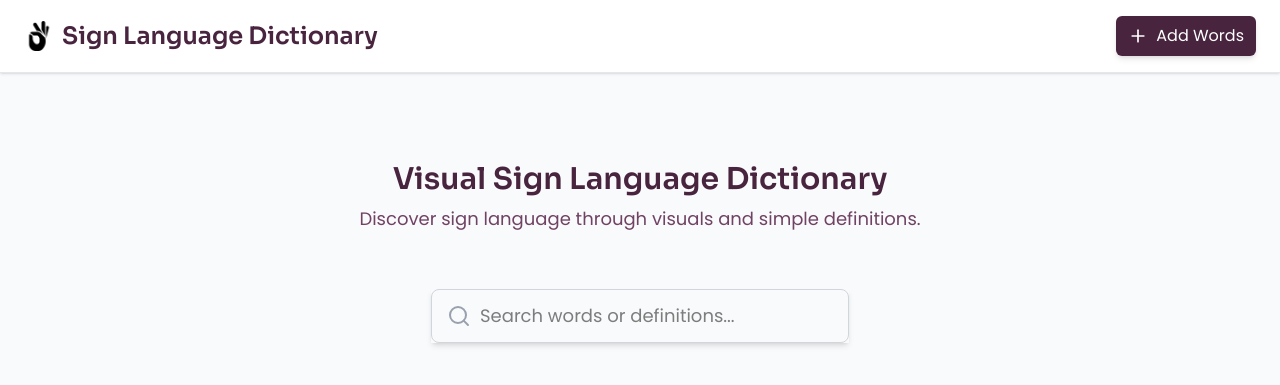
Repository: jabir12-12/sign-setu
Page: /
These files come from the project's save history. The page is drawn as it stood at one moment and after the next save; the edit follows.
The browser window is 1280 px wide. The pictures show the whole page.
The project was rebuilt for these pictures with package versions that can differ from the ones it lists, and the page was loaded fresh each time. The framework's server and built-in components were replaced by stand-ins that run in the browser. Also part of the build but not shown: next.config.ts.

Above is the page before, as saved 2025-05-27 16:46:58.

### app/page.tsx
'use client';
import React, { useState } from 'react';
import { Plus, Search } from 'lucide-react';
import Dialog from '@mui/material/Dialog';
import DialogActions from '@mui/material/DialogActions';
import DialogContent from '@mui/material/DialogContent';
import DialogTitle from '@mui/material/DialogTitle';
import Button from '@mui/material/Button';
import Image from 'next/image';
import { IconButton, Typography } from '@mui/material';

export default function StockDashboard() {
  const [isopen, setIsOpen] = useState(false);
  return (
    <div className="bg-gray-50 min-h-screen flex flex-col">
      {/* Header */}
      <header className="sticky top-0 z-10 flex flex-wrap justify-between items-center px-4 md:px-6 py-3 md:py-4 bg-white border-b border-gray-200 shadow-sm">
        {/* Left: Logo & Title */}
        <div className="flex items-center space-x-2 mb-2 md:mb-0 justify-center">
          <Image
            src="/images/ok.png"
            alt="Logo icon"
            width={30}
            height={30}
          />
          <h1 className="text-[#49243E] font-semibold text-lg md:text-2xl whitespace-nowrap">
            Sign Language Dictionary
          </h1>
        </div>

        {/* Right: Add Button */}
        <div className="flex items-center gap-2">
          <button className="bg-[#49243E] text-white px-3 py-2 rounded-full md:rounded-md flex items-center justify-center hover:bg-[#704264] transition-colors duration-200 shadow-md hover:shadow-md"
            onClick={() => setIsOpen(true)}>
            <Plus className="w-5 h-5" />
            <span className="hidden md:inline ml-2">Add Words</span>
          </button>
        </div>
      </header>

      {/* Centered Search Bar */}
      <div className='flex flex-col items-center justify-center gap-6  px-4 md:px-6 py-10 mt-6'>
        <div className="text-center mt-6 px-4">
          <h2 className="text-2xl md:text-3xl font-semibold text-[#49243E]">
            Visual Sign Language Dictionary
          </h2>
          <p className="text-md md:text-lg text-[#704264] mt-2">
            Discover sign language through visuals and simple definitions.
          </p>
        </div>

        <div className="flex justify-center mt-8 px-4">
          <div className="relative w-full max-w-lg shadow-md">
            <span className="absolute inset-y-0 left-0 pl-4 flex items-center text-gray-400">
              <Search className="w-6 h-6" /> {/* Bigger icon */}
            </span>
            <input
              type="text"
              placeholder="Search words or definitions..."
              className="w-full pl-12 pr-5 py-3 text-lg border border-gray-300 rounded-lg focus:outline-none focus:ring-2 focus:ring-[#BB8493] focus:border-[#BB8493] hover:border-gray-400 transition-all duration-200"
            />
          </div>
        </div>

      </div>
      {/* Add Words */}
      <Dialog open={isopen} onClose={() => setIsOpen(false)} maxWidth="xs" fullWidth>
        <DialogTitle
          sx={{
            display: 'flex',
            justifyContent: 'space-between',
            alignItems: 'center',
            padding: '1rem 1.5rem',
            color: '#1D2939',
            fontWeight: 'bold',
            fontSize: '1.125rem'
          }}
        >
          <span className="text-black text-md">Add Word</span>
          <IconButton
            onClick={() => setIsOpen(false)}
            sx={{ width: 32, height: 32 }}
          >
            <Image src="/images/cancel-01.svg" alt="Cancel" width={20} height={20} />
          </IconButton>
        </DialogTitle>
        <DialogContent sx={{ padding: '0 1.5rem 1.5rem' }}>
          <div className="space-y-4">
            <div>
              <label className="block text-sm font-medium text-gray-700">Word</label>
              <input
                type="text"
                placeholder="Enter word"
                className="mt-1 block w-full border border-gray-300 rounded-md px-3 py-2 text-sm outline-none focus:ring-[#49243E] focus:border-[#49243E] hover:border-[#49243E] transition duration-200"
              />
            </div>

            <div>
              <label className="block text-sm font-medium text-gray-700">Definition</label>
              <textarea
                placeholder="Enter definition"
                rows={3}
                className="mt-1 block w-full border border-gray-300 rounded-md px-3 py-2 text-sm outline-none focus:ring-[#49243E] focus:border-[#49243E] hover:border-[#49243E] transition duration-200"
              />
            </div>

            <div>
              <label className="block text-sm font-medium text-gray-700">Link URL</label>
              <input
                type="url"
                placeholder="Enter external link (optional)"
                className="mt-1 block w-full border border-gray-300 rounded-md px-3 py-2 text-sm outline-none focus:ring-[#49243E] focus:border-[#49243E] hover:border-[#49243E] transition duration-200"
              />
            </div>

            <div>
              <label className="block text-sm font-medium text-gray-700">Image URL</label>
              <input
                type="url"
                placeholder="Enter image URL"
                className="mt-1 block w-full border border-gray-300 rounded-md px-3 py-2 text-sm outline-none focus:ring-[#49243E] focus:border-[#49243E] hover:border-[#49243E] transition duration-200"
              />
            </div>
          </div>
        </DialogContent>


        <DialogActions
          sx={{
            padding: '1rem 1.5rem',
            borderTop: '1px solid #D0D5DD',
            display: 'flex',
            justifyContent: 'flex-end',
            gap: 1.5
          }}
        >
          <Button
            onClick={() => setIsOpen(false)}
            variant="outlined"
            sx={{
              padding: '0.625rem 1.5rem',
              fontWeight: 600,
              borderRadius: '8px',
              fontSize: '0.875rem',
              borderColor: '#D0D5DD',
              color: '#344054',
              textTransform: 'none',
              '&:hover': {
                backgroundColor: '#F2F4F7',
                borderColor: '#D0D5DD'
              }
            }}
          >
            Cancel
          </Button>
          <Button
            onClick={() => {
              () => setIsOpen(false)
            }}
            variant="contained"
            sx={{
              padding: '0.625rem 1.5rem',
              fontWeight: 600,
              fontSize: '0.875rem',
              borderRadius: '8px',
              backgroundColor: '#49243E',
              textTransform: 'none',
              boxShadow: 'inset 0 1px 1px rgba(0,0,0,0.05)',
              '&:hover': {
                backgroundColor: '#704264'
              }
            }}
          >
            Add Words
          </Button>
        </DialogActions>
      </Dialog>

    </div>
  );
}

### app/globals.css
@import url('https://fonts.googleapis.com/css2?family=Poppins:wght@400;500;600&family=Inter:wght@400;500;600&family=Sora:wght@400;500;600;700;800&display=swap');
@import url('https://fonts.googleapis.com/css2?family=Inter:wght@400;700&display=swap');

@import "tailwindcss";

body {
  background-color: #f7f8fb;
  margin: 0;
  padding: 0;
  font-family: 'Poppins', sans-serif;
  justify-content: center;
  align-items: center;
  height: 100vh;
}

.video-js .vjs-playback-rate {
  font-size: 10px;
  transform: translateY(12px);
  /* Moves the button down by 10px */

}

.heading .head {
  font-family: 'Sora', sans-serif;
  font-size: 24px;
  /* Example size */
  font-weight: 700;
}

/* Example for other headings if needed */
h1,
h2,
h3,
h4,
h5,
h6 {
  font-family: 'Sora', sans-serif;
}

h3 {
  font-size: 18px;
  font-weight: 600;
}

/* Ensure that other text elements use Poppins */
p,
span,
div {
  font-family: 'Poppins', sans-serif;
}

.button {
  outline: none;
}

/* Custom scrollbar styles */

::-webkit-scrollbar {
  width: 7px;
  height: 7px;
}

::-webkit-scrollbar-thumb {
  background-color: rgba(234, 236, 240, 1);
  ;

  border-radius: 100px;
}

::-webkit-scrollbar-track {
  background: "white";

}

/* THIS IS FOR TEXT-EDITOR IN DISSCUSSION TAB --------------------------*/
.custom-quill .ql-container {
  border: none !important;
  /* Remove the border from the container */
}

.custom-quill .ql-editor {
  border: none !important;
  /* Ensure no border around the editor */
}

.custom-quill:focus {
  outline: none;
  /* Remove outline on focus */
}

.custom-quill .ql-editor {
  font-size: 16px;
  /* Set text size to 16px */
  font-family: 'Poppins', sans-serif;
  font-style: normal;
  /* Use the Poppins font */

}

.custom-quill .ql-editor:empty::before {

  /* Show placeholder */
  color: #667085;
  /* Placeholder color */
  font-family: 'Poppins', sans-serif;
  font-style: normal;
  /* Poppins font for placeholder */
  font-size: 16px;
  /* Placeholder size */
  position: absolute;
  /* Position it absolutely */
  left: 10px;
  /* Adjust according to your padding */
  top: 10px;
  /* Adjust according to your padding */
  pointer-events: none;
  /* Prevent interaction */
}

.custom-quill .ql-editor:focus::before {
  display: none;
  /* Hide placeholder on focus */
}

/* -------------------------------------------------- */
/* FOR TOOLTIP FOR TEST PAGE ONLY ->learn Tab */


.tooltipText {
  position: absolute;
  color: white;
  bottom: 125%;
  /* Position above the button */
  left: 50%;
  /* Center horizontally */
  transform: translateX(-50%);
  /* Adjust to center the tooltip */

  z-index: 3;
  background-color: #131313;
  box-shadow: 0 5px 10px rgba(0, 0, 0, 0.3);
  padding: 6px 14px;
  /* Padding inside the tooltip */
  width: 204px;
  /* Fixed width */
  height: auto;
  /* Hug content (height grows with content) */
  min-height: 78px;
  /* Minimum height */
  font-size: 15px;
  font-weight: 400;
  border-radius: 5px;
  white-space: normal;
  /* Allow text wrapping for longer content */
  opacity: 0;
  pointer-events: none;
  transition: all 0.4s ease;
}

.tooltip:hover .tooltipText {
  opacity: 1;
  pointer-events: auto;
  transform: translate(-50%, -10px);
  /* Move tooltip slightly up on hover */
}

.drawer-overlay {
  background-color: transparent !important;
  /* Makes the overlay transparent */
}

/* magic.module.css */
.customCheckbox input[type="checkbox"]:checked {
  background-color: #9012FF;
  border-color: #9012FF;
}

/* Add this to your global CSS file */
.ql-container .ql-editor img {
  cursor: pointer;
}

.image-resizer {
  border: 1px dashed #999;
  position: absolute;
}

.image-resizer .resize-handle {
  background-color: #fff;
  border: 1px solid #999;
  height: 8px;
  width: 8px;
  position: absolute;
}

.image-resizer .resize-handle.se {
  bottom: -5px;
  right: -5px;
  cursor: se-resize;
}

.image-resizer .resize-handle.sw {
  bottom: -5px;
  left: -5px;
  cursor: sw-resize;
}

.image-resizer .resize-handle.ne {
  top: -5px;
  right: -5px;
  cursor: ne-resize;
}

.image-resizer .resize-handle.nw {
  top: -5px;
  left: -5px;
  cursor: nw-resize;
}


@layer base {
  :root {
    --radius: 0.5rem;
    --chart-1: 12 76% 61%;
    --chart-2: 173 58% 39%;
    --chart-3: 197 37% 24%;
    --chart-4: 43 74% 66%;
    --chart-5: 27 87% 67%;
  }

  .dark {
    --chart-1: 220 70% 50%;
    --chart-2: 160 60% 45%;
    --chart-3: 30 80% 55%;
    --chart-4: 280 65% 60%;
    --chart-5: 340 75% 55%;
  }
}

Loaded but not shown: app/layout.tsx (common file)

After the next save:
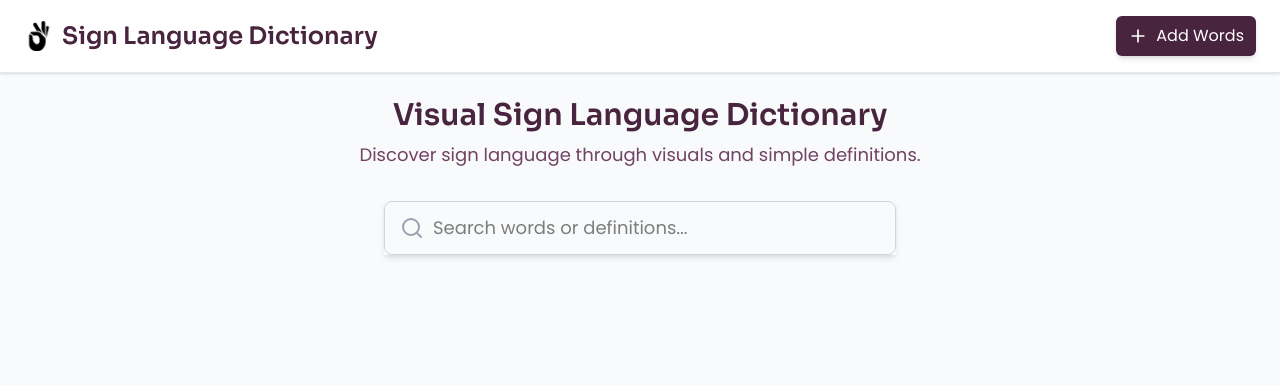
Saved 32 s later.
--- a/app/page.tsx
+++ b/app/page.tsx
@@ -39,29 +39,26 @@ export default function StockDashboard() {
       </header>
 
       {/* Centered Search Bar */}
-      <div className='flex flex-col items-center justify-center gap-6  px-4 md:px-6 py-10 mt-6'>
-        <div className="text-center mt-6 px-4">
-          <h2 className="text-2xl md:text-3xl font-semibold text-[#49243E]">
-            Visual Sign Language Dictionary
-          </h2>
-          <p className="text-md md:text-lg text-[#704264] mt-2">
-            Discover sign language through visuals and simple definitions.
-          </p>
+      <div className="text-center mt-6 px-4">
+        <h2 className="text-2xl md:text-3xl font-semibold text-[#49243E]">
+          Visual Sign Language Dictionary
+        </h2>
+        <p className="text-md md:text-lg text-[#704264] mt-2">
+          Discover sign language through visuals and simple definitions.
+        </p>
+      </div>
+
+      <div className="flex justify-center mt-8 px-4">
+        <div className="relative w-full max-w-lg shadow-md">
+          <span className="absolute inset-y-0 left-0 pl-4 flex items-center text-gray-400">
+            <Search className="w-6 h-6" /> {/* Bigger icon */}
+          </span>
+          <input
+            type="text"
+            placeholder="Search words or definitions..."
+            className="w-full pl-12 pr-5 py-3 text-lg border border-gray-300 rounded-lg focus:outline-none focus:ring-2 focus:ring-[#BB8493] focus:border-[#BB8493] hover:border-gray-400 transition-all duration-200"
+          />
         </div>
-
-        <div className="flex justify-center mt-8 px-4">
-          <div className="relative w-full max-w-lg shadow-md">
-            <span className="absolute inset-y-0 left-0 pl-4 flex items-center text-gray-400">
-              <Search className="w-6 h-6" /> {/* Bigger icon */}
-            </span>
-            <input
-              type="text"
-              placeholder="Search words or definitions..."
-              className="w-full pl-12 pr-5 py-3 text-lg border border-gray-300 rounded-lg focus:outline-none focus:ring-2 focus:ring-[#BB8493] focus:border-[#BB8493] hover:border-gray-400 transition-all duration-200"
-            />
-          </div>
-        </div>
-
       </div>
       {/* Add Words */}
       <Dialog open={isopen} onClose={() => setIsOpen(false)} maxWidth="xs" fullWidth>
